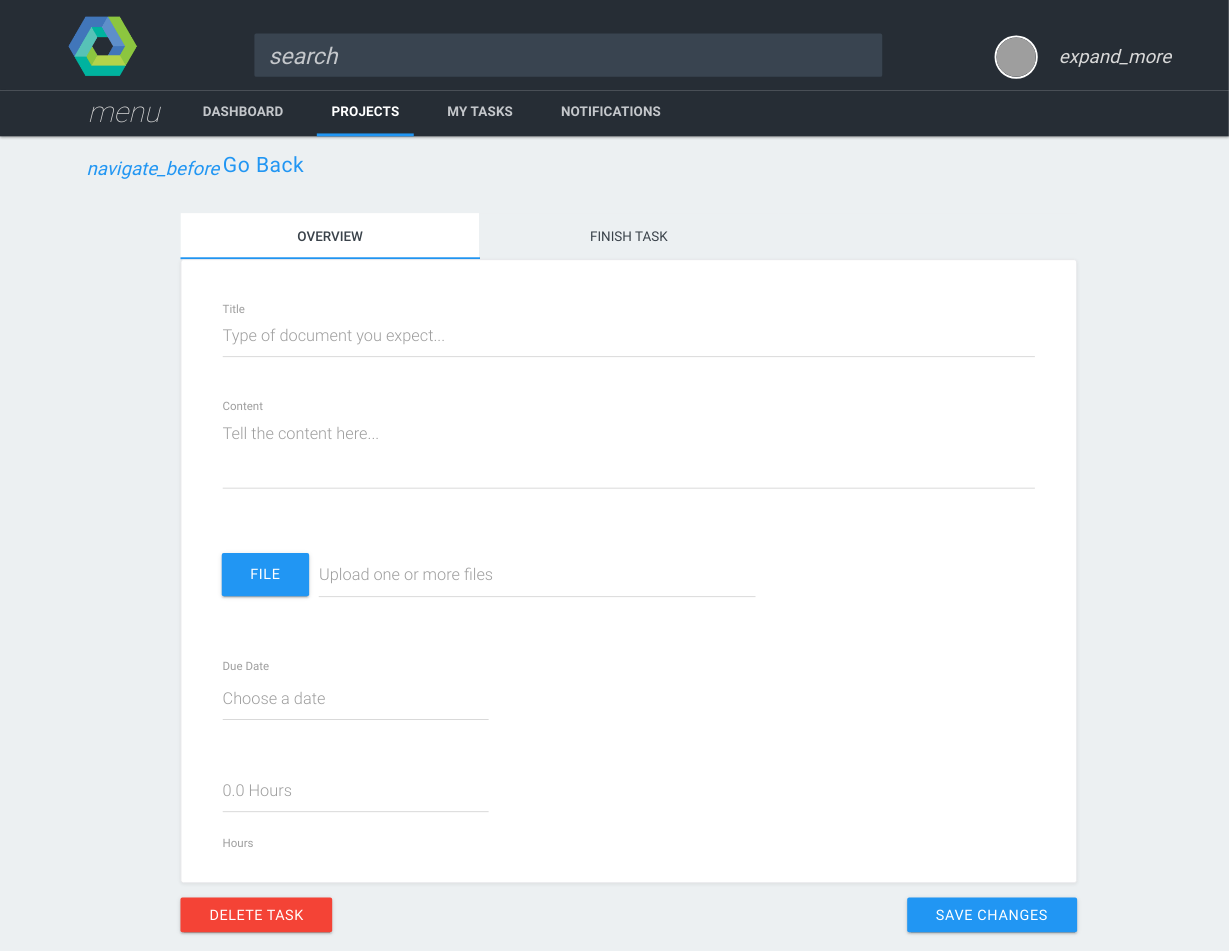
Repository: RenanChagas/ProjectManagement
Page: http://localhost/finalproject/WEB-INF/views/taskDetail.jsp
These files come from the project's save history. The page is drawn as it stood at one moment and after a run of saves; the edit follows.
The browser window is 1280 px wide. The pictures show the whole page, at 96% of full size.
Pictures or frames that could not be fetched are drawn as grey boxes. The page is served by Tomcat 9. Nobody is signed in. The template is opened directly, without the code that normally fills it, so the values that code supplies are empty.

Above is the page before, as saved 2017-11-24 02:01:38.

After the next 2 saves:
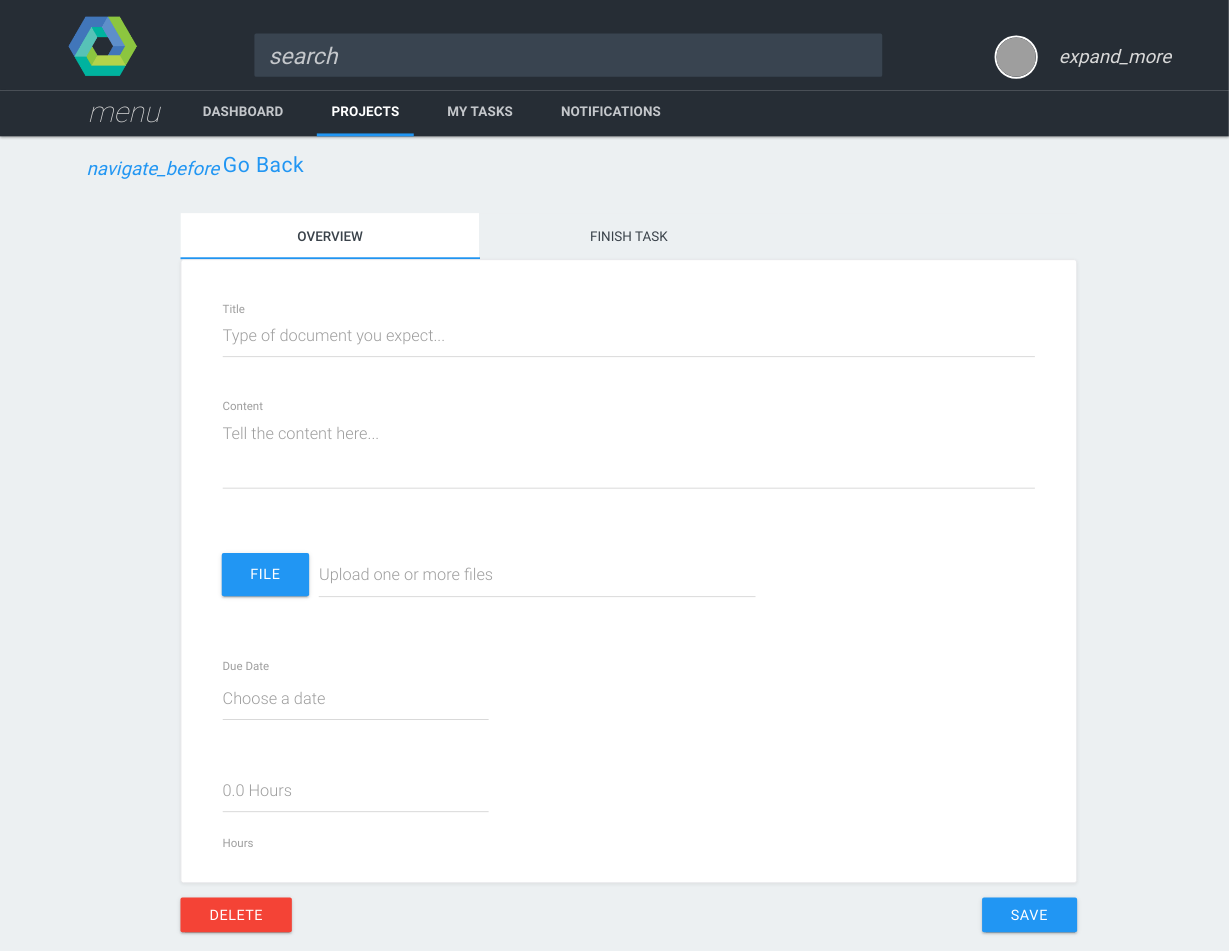
The 2 saves are shown as one change because they came seconds apart.
The last was saved 2 min 28 s later.
--- a/finalproject/src/main/webapp/WEB-INF/views/taskDetail.jsp
+++ b/finalproject/src/main/webapp/WEB-INF/views/taskDetail.jsp
@@ -327,10 +327,10 @@
 
             <button id="salvar" type="submit" class="btn waves-effect waves-light
 	        		blue MDC-form-text right" name="action">
-	        		Save Changes
+	        		Save
 	        	</button>
 	        	<a  href="<c:url value="/deleteTask?id=${task.id}" />"
-							class="waves-effect waves-light btn red left">Delete Task</a>
+							class="waves-effect waves-light btn red left">Delete</a>
         </div>
         <!-- CONTEUDO -->
 	</div>
